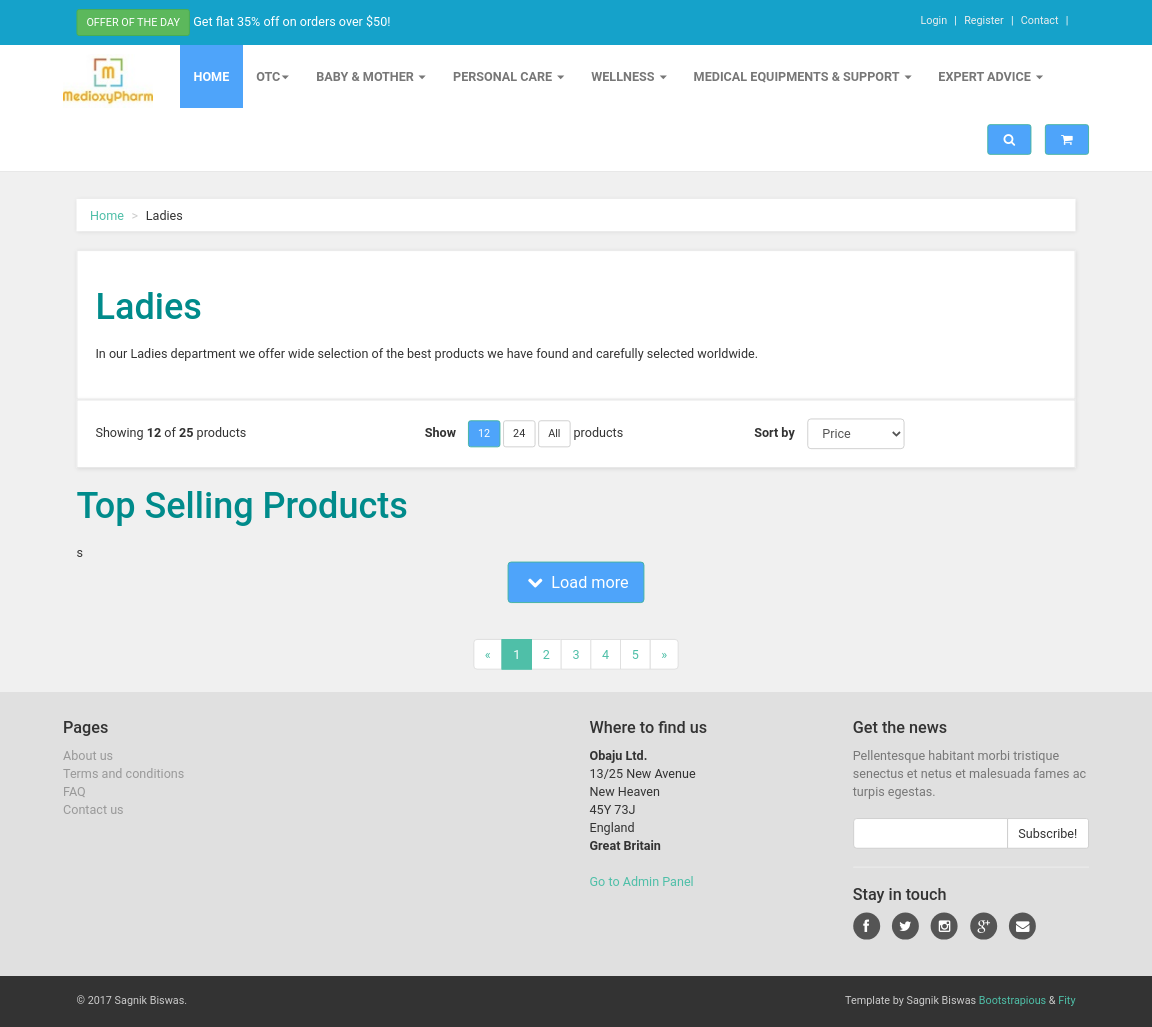
Repository: Sagnikb9/Java-Devops-Ecommerce
Page: http://localhost/MedioxyPharm/WEB-INF/views/product.jsp
An editor plug-in stored every save of this project. The page is shown before and after the next save, followed by the edit.
The browser window is 1280 px wide. The pictures show the whole page, at 90% of full size.
Some web fonts or font styles are not loaded; a fallback is used. The page is served by Tomcat 9. Nobody is signed in. Other server files are loaded and not shown. The template is opened directly, without the code that normally fills it, so the values that code supplies are empty.

Above is the page before, as saved 2017-11-17 23:25:50.

### MedioxyPharm/src/main/webapp/WEB-INF/views/product.jsp
<%@ taglib prefix = "c" uri = "http://java.sun.com/jsp/jstl/core" %>
<jsp:include page="headerContext.jsp"></jsp:include>
<%@ page import="com.*" %>
    <div id="all">

        <div id="content">
            <div class="container">

                <div class="col-md-12">
                    <ul class="breadcrumb">
                        <li><a href="#">Home</a>
                        </li>
                        <li>Ladies</li>
                    </ul>
                </div>

                <div class="col-md-3">

<style>
 .img-responsive1{
    display: block;
    width: 100% \9;
    max-width: 100%;
    height: 200px;
}



</style>



                </div>

                <div class="col-md-12">
                    <div class="box">
                        <h1>Ladies</h1>
                        <p>In our Ladies department we offer wide selection of the best products we have found and carefully selected worldwide.</p>
                    </div>

                    <div class="box info-bar">
                        <div class="row">
                            <div class="col-sm-12 col-md-4 products-showing">
                                Showing <strong>12</strong> of <strong>25</strong> products
                            </div>

                            <div class="col-sm-12 col-md-8  products-number-sort">
                                <div class="row">
                                    <form class="form-inline">
                                        <div class="col-md-6 col-sm-6">
                                            <div class="products-number">
                                                <strong>Show</strong>  <a href="#" class="btn btn-default btn-sm btn-primary">12</a>  <a href="#" class="btn btn-default btn-sm">24</a>  <a href="#" class="btn btn-default btn-sm">All</a> products
                                            </div>
                                        </div>
                                        <div class="col-md-6 col-sm-6">
                                            <div class="products-sort-by">
                                                <strong>Sort by</strong>
                                                <select name="sort-by" class="form-control">
                                                    <option>Price</option>
                                                    <option>Name</option>
                                                    <option>Sales first</option>
                                                </select>
                                            </div>
                                        </div>
                                    </form>
                                </div>
                            </div>
                        </div>
                    </div>

                    <div class="row products">
<c:forEach items="${productList}" var="product">
                        <div class="col-md-4">
                            <div class="product">
                                <div class="flip-container">
                                    <div class="flipper">
                                        <div class="">
                                            <a href="<c:url value="details/${product.proId}"/>">
                                                <img src="assets/img/${product.proId}.jpg" alt="" class="img-responsive1">
                                            </a>
                                        </div>

                                    </div>
                                </div>

                                <div class="text">
                                                <h3><a href="<c:url value="details/${product.proId}"/>"><span style="color:#30d4ff">${product.proName}</span></a></h3>
                                                <p class="price"><span style="color:#ff3048">${product.proPrice}</span></p>
                                            </div>
                                <!-- /.text -->
                            </div>
                            <!-- /.product -->
                        </div>

</c:forEach>
                        <!-- /.col-md-4 -->
                    </div>
                    <!-- /.products -->


<h1>Top Selling Products</h1>

<div class="product-slider">
                    <c:forEach items="${productList}" var="product">
                        <div class="item">
                            <div class="product">
                                <div class="flip-container">
                                    <div class="flipper">
                                        <div class="">
                                            <a href="<c:url value="details/${product.proId}"/>">
                                                <img src="assets/img/${product.proId}.jpg" alt="" class="img-responsive1">
                                            </a>
                                            <div class="text">
                                                <h3><a href="<c:url value="details/${product.proId}"/>"><span style="color:#30d4ff">${product.proName}</span></a></h3>
                                                <p class="price"><span style="color:#ff3048">${product.proPrice}</span></p>
                                            </div>
                                        </div>

                                    </div>
                                </div>


                                <!-- /.text -->
                            </div>
                            <!-- /.product -->
                        </div>
                        </c:forEach>
                    </div>             s
                    <div class="pages">

                        <p class="loadMore">
                            <a href="#" class="btn btn-primary btn-lg"><i class="fa fa-chevron-down"></i> Load more</a>
                        </p>

                        <ul class="pagination">
                            <li><a href="#">&laquo;</a>
                            </li>
                            <li class="active"><a href="#">1</a>
                            </li>
                            <li><a href="#">2</a>
                            </li>
                            <li><a href="#">3</a>
                            </li>
                            <li><a href="#">4</a>
                            </li>
                            <li><a href="#">5</a>
                            </li>
                            <li><a href="#">&raquo;</a>
                            </li>
                        </ul>
                    </div>


                </div>
                <!-- /.col-md-9 -->
            </div>
            <!-- /.container -->
        </div>
        <!-- /#content -->

<jsp:include page="footerContext.jsp"></jsp:include>

### MedioxyPharm/src/main/webapp/WEB-INF/views/footerContext.jsp
        <!-- *** FOOTER ***
 _________________________________________________________ -->
        <div id="footer" data-animate="fadeInUp">
            <div class="container">
                <div class="row">
                    <div class="col-md-3 col-sm-6">
                        <h4>Pages</h4>

                        <ul>
                            <li><a href="text.html">About us</a>
                            </li>
                            <li><a href="text.html">Terms and conditions</a>
                            </li>
                            <li><a href="faq.html">FAQ</a>
                            </li>
                            <li><a href="contact">Contact us</a>
                            </li>
                        </ul>



                    </div>
                    <!-- /.col-md-3 -->

                    <div class="col-md-3 col-sm-6">



                        <hr class="hidden-md hidden-lg">

                    </div>
                    <!-- /.col-md-3 -->

                    <div class="col-md-3 col-sm-6">

                        <h4>Where to find us</h4>

                        <p><strong>Obaju Ltd.</strong>
                            <br>13/25 New Avenue
                            <br>New Heaven
                            <br>45Y 73J
                            <br>England
                            <br>
                            <strong>Great Britain</strong>
                        </p>

                        <a href="adminDashboard">Go to Admin Panel</a>

                        <hr class="hidden-md hidden-lg">

                    </div>
                    <!-- /.col-md-3 -->



                    <div class="col-md-3 col-sm-6">

                        <h4>Get the news</h4>

                        <p class="text-muted">Pellentesque habitant morbi tristique senectus et netus et malesuada fames ac turpis egestas.</p>

                        <form>
                            <div class="input-group">

                                <input type="text" class="form-control">

                                <span class="input-group-btn">

			    <button class="btn btn-default" type="button">Subscribe!</button>

			</span>

                            </div>
                            <!-- /input-group -->
                        </form>

                        <hr>

                        <h4>Stay in touch</h4>

                        <p class="social">
                            <a href="#" class="facebook external" data-animate-hover="shake"><i class="fa fa-facebook"></i></a>
                            <a href="#" class="twitter external" data-animate-hover="shake"><i class="fa fa-twitter"></i></a>
                            <a href="#" class="instagram external" data-animate-hover="shake"><i class="fa fa-instagram"></i></a>
                            <a href="#" class="gplus external" data-animate-hover="shake"><i class="fa fa-google-plus"></i></a>
                            <a href="#" class="email external" data-animate-hover="shake"><i class="fa fa-envelope"></i></a>
                        </p>


                    </div>
                    <!-- /.col-md-3 -->

                </div>
                <!-- /.row -->

            </div>
            <!-- /.container -->
        </div>
        <!-- /#footer -->

        <!-- *** FOOTER END *** -->




        <!-- *** COPYRIGHT ***
 _________________________________________________________ -->
        <div id="copyright">
            <div class="container">
                <div class="col-md-6">
                    <p class="pull-left">© 2017 Sagnik Biswas.</p>

                </div>
                <div class="col-md-6">
                    <p class="pull-right">Template by Sagnik Biswas <a href="https://bootstrapious.com/e-commerce-templates">Bootstrapious</a> & <a href="https://fity.cz">Fity</a>
                         <!-- Not removing these links is part of the license conditions of the template. Thanks for understanding :) If you want to use the template without the attribution links, you can do so after supporting further themes development at https://bootstrapious.com/donate  -->
                    </p>
                </div>
            </div>
        </div>
        <!-- *** COPYRIGHT END *** -->



    </div>
    <!-- /#all -->




    <!-- *** SCRIPTS TO INCLUDE ***
 _________________________________________________________ -->
    <script src="<%=request.getContextPath()%>/js/jquery-1.11.0.min.js"></script>
    <script src="<%=request.getContextPath()%>/js/bootstrap.min.js"></script>
    <script src="<%=request.getContextPath()%>/js/jquery.cookie.js"></script>
    <script src="<%=request.getContextPath()%>/js/waypoints.min.js"></script>
    <script src="<%=request.getContextPath()%>/js/modernizr.js"></script>
    <script src="<%=request.getContextPath()%>/js/bootstrap-hover-dropdown.js"></script>
    <script src="<%=request.getContextPath()%>/js/owl.carousel.min.js"></script>
    <script src="<%=request.getContextPath()%>/js/front.js"></script>


</body>

</html>

Loaded but not shown: MedioxyPharm/src/main/webapp/css/font-awesome.css (library); MedioxyPharm/src/main/webapp/css/bootstrap.min.css (library); MedioxyPharm/src/main/webapp/css/animate.min.css (library); MedioxyPharm/src/main/webapp/css/owl.carousel.css (common file); MedioxyPharm/src/main/webapp/css/owl.theme.css (common file); MedioxyPharm/src/main/webapp/css/custom.css (common file); MedioxyPharm/src/main/webapp/js/respond.min.js (library); MedioxyPharm/src/main/webapp/js/jquery-1.11.0.min.js (library); MedioxyPharm/src/main/webapp/js/bootstrap.min.js (library); MedioxyPharm/src/main/webapp/js/jquery.cookie.js (library); MedioxyPharm/src/main/webapp/js/waypoints.min.js (library); MedioxyPharm/src/main/webapp/js/modernizr.js (library); MedioxyPharm/src/main/webapp/js/bootstrap-hover-dropdown.js (library); MedioxyPharm/src/main/webapp/js/owl.carousel.min.js (library); MedioxyPharm/src/main/webapp/js/front.js (237 lines, source omitted); MedioxyPharm/src/main/webapp/css/style.default.css (1689 lines, source omitted); MedioxyPharm/src/main/webapp/WEB-INF/views/headerContext.jsp (394 lines, source omitted)

After the next save:
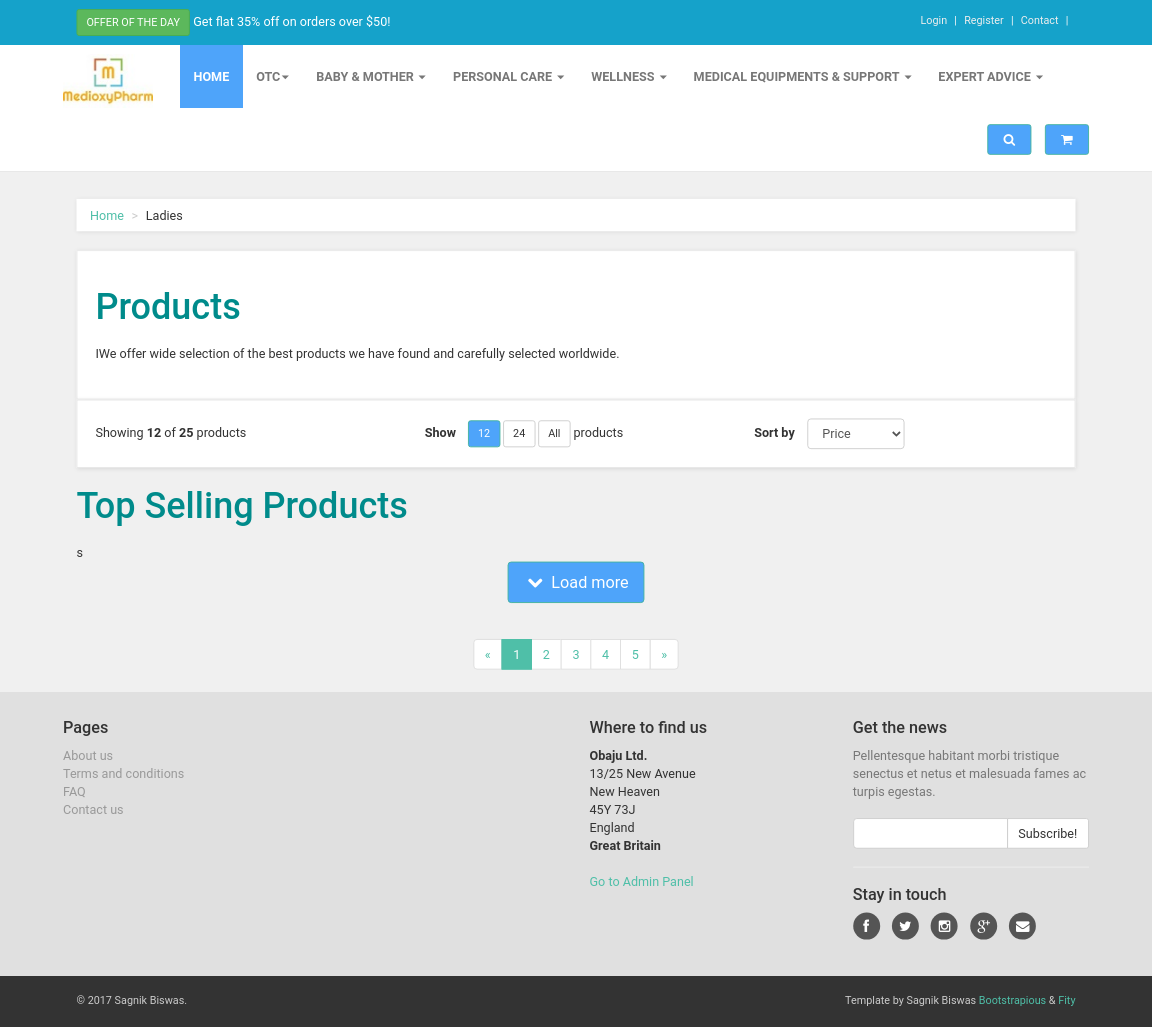
Saved 93 s later.
--- a/MedioxyPharm/src/main/webapp/WEB-INF/views/product.jsp
+++ b/MedioxyPharm/src/main/webapp/WEB-INF/views/product.jsp
@@ -34,8 +34,8 @@
 
                 <div class="col-md-12">
                     <div class="box">
-                        <h1>Ladies</h1>
-                        <p>In our Ladies department we offer wide selection of the best products we have found and carefully selected worldwide.</p>
+                        <h1>Products</h1>
+                        <p>IWe offer wide selection of the best products we have found and carefully selected worldwide.</p>
                     </div>
 
                     <div class="box info-bar">
